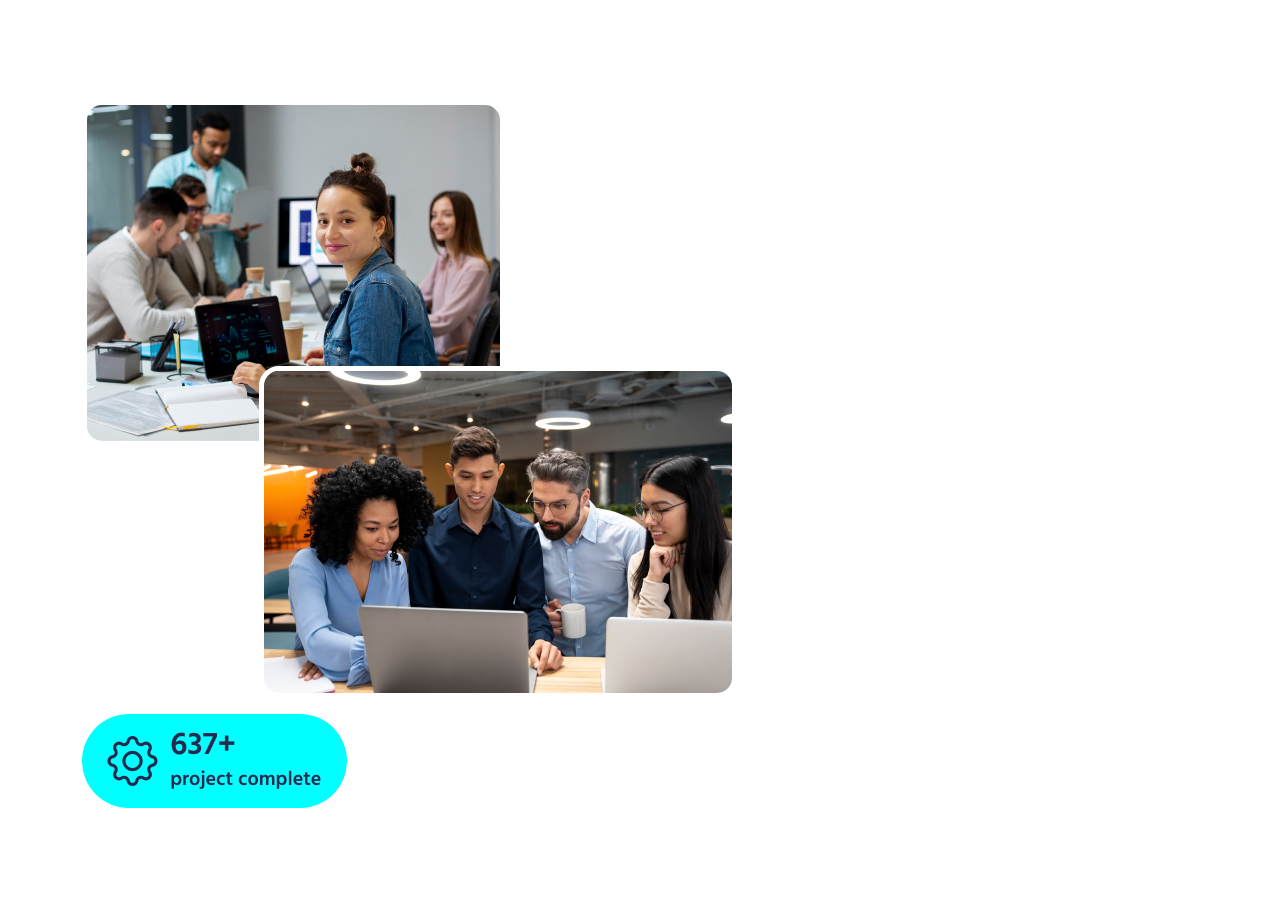
Repository: tagnam/mirehel2.0
Page: about.html
The author's editor kept a copy of each file at every save. The page is drawn from the files as they stood at one save, then again after a run of saves.
The browser window is 1280 px wide. The pictures show the whole page.

Above is the page before, as saved 2025-02-03 12:11:06.

After the next 2 saves:
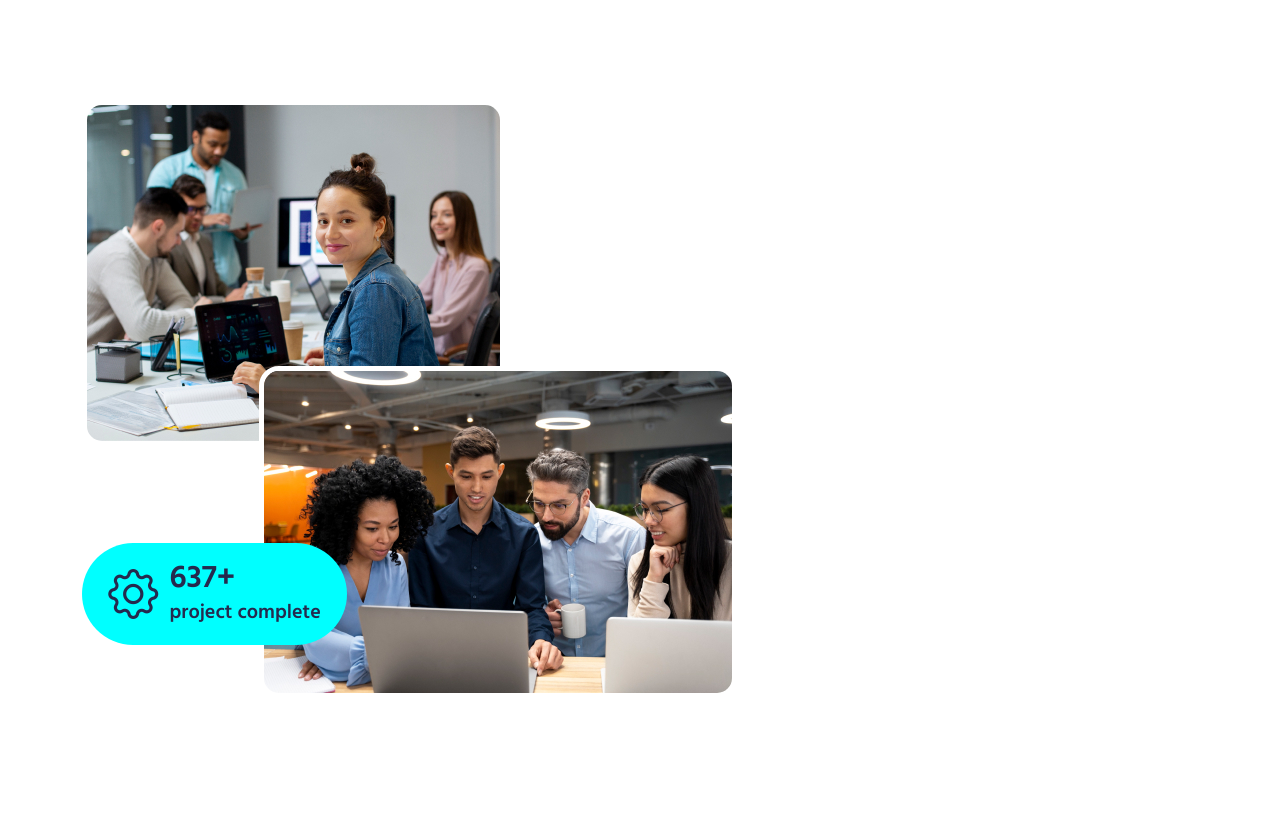
The 2 saves are shown as one change because they came seconds apart.
The last was saved 78 s later.
--- a/style/css/style.css
+++ b/style/css/style.css
@@ -458,7 +458,9 @@ linear-gradient(180deg, red 0%, #00000000 90.04%) border-box;
     justify-content: space-evenly;
     border-radius: 100px 100px 100px 100px;
     align-items: center;
-    padding: 13px;
+    padding: 17px 15px;
+    position: absolute;
+    bottom: 75px;
 }
 
 .project-icon .bi{
